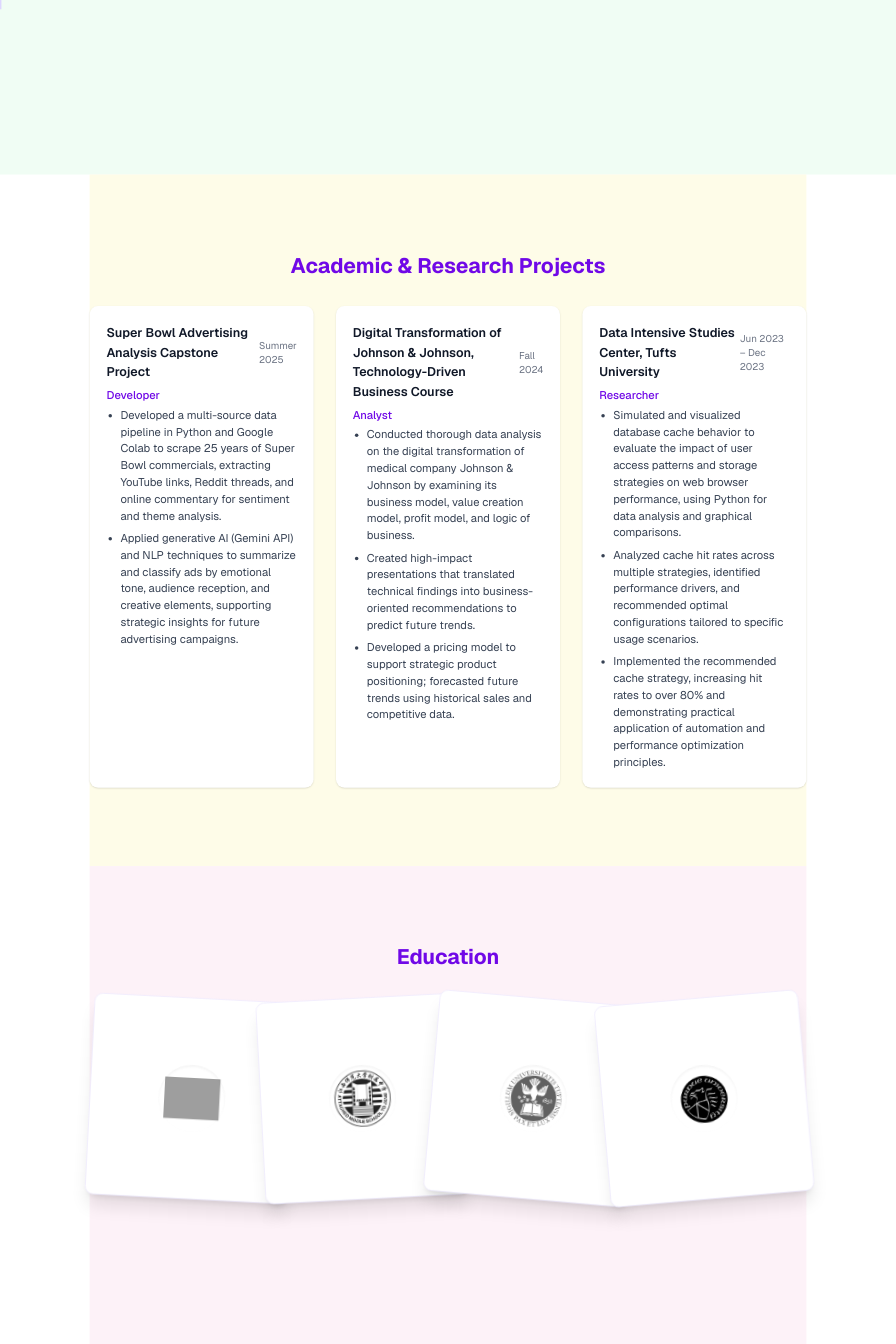
Repository: winniewyl/personal-portfolio
Page: /
These files come from the project's save history. The page is drawn as it stood at one moment and after the next save; the edit follows.
The browser window is 1280 px wide. The pictures show the part of the page from y = 2035 to 3955 px (the page is 4197 px tall before and 4005 px after), at 70% of full size.
Pictures or frames that could not be fetched are drawn as grey boxes. The project was rebuilt for these pictures with package versions that can differ from the ones it lists, and the page was loaded fresh each time. The framework's server and built-in components were replaced by stand-ins that run in the browser. Also part of the build but not shown: next.config.ts.

Above is the page before, as saved 2025-07-29 15:18:19.

After the next save:
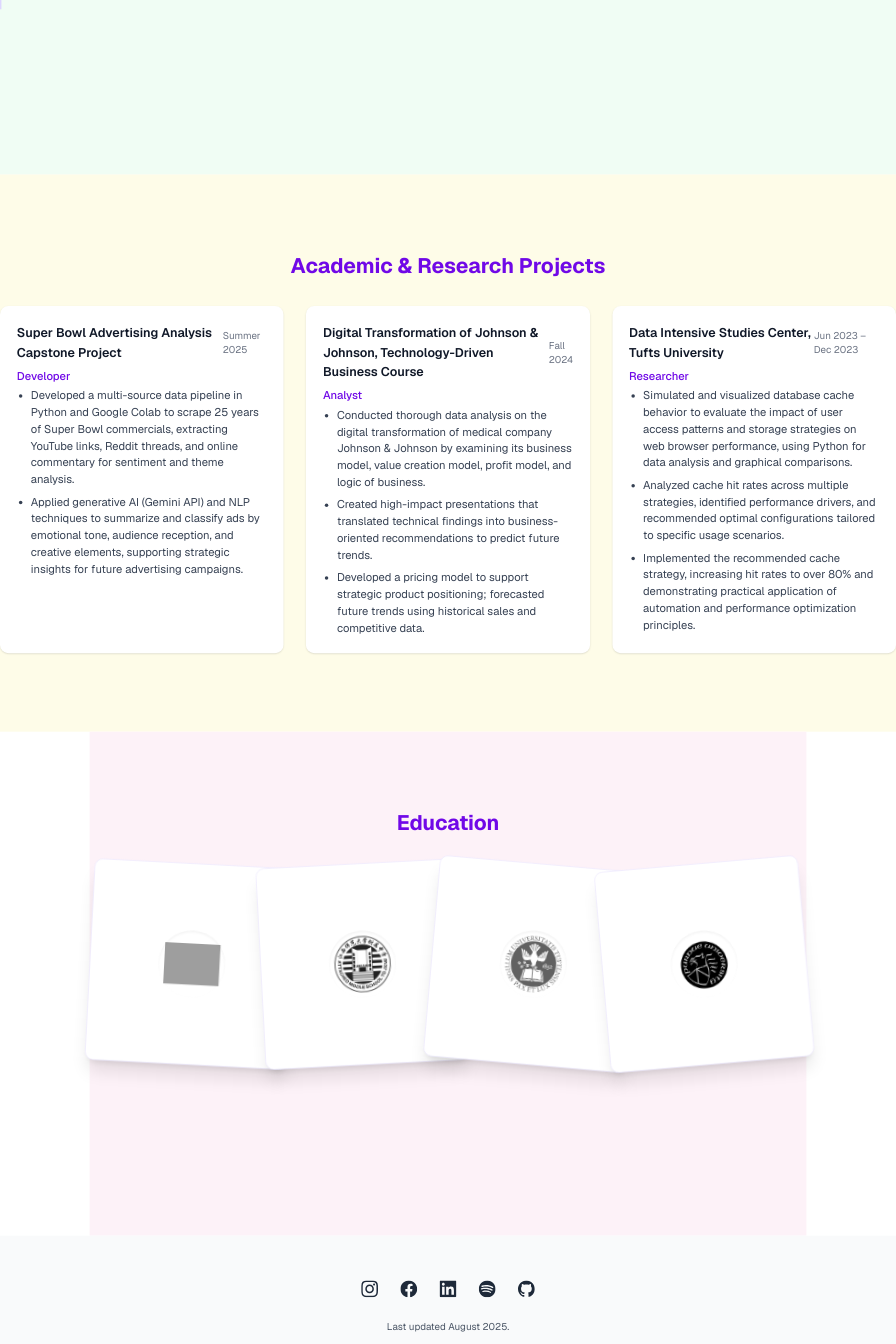
Saved 6 s later.
--- a/src/app/page.tsx
+++ b/src/app/page.tsx
@@ -154,7 +154,7 @@
         {/* Projects Section */}
         <section
           id="projects"
-          className="w-full flex flex-col items-center py-20 sm:py-28 max-w-5xl mx-auto scroll-mt-24 bg-yellow-50 dark:bg-yellow-900/20 min-h-screen"
+          className="w-full flex flex-col items-center py-20 sm:py-28 bg-yellow-50 dark:bg-yellow-900/20 min-h-screen"
         >
           <h2 className="text-3xl font-bold mb-10 text-violet-700 dark:text-violet-400">
             Academic & Research Projects
